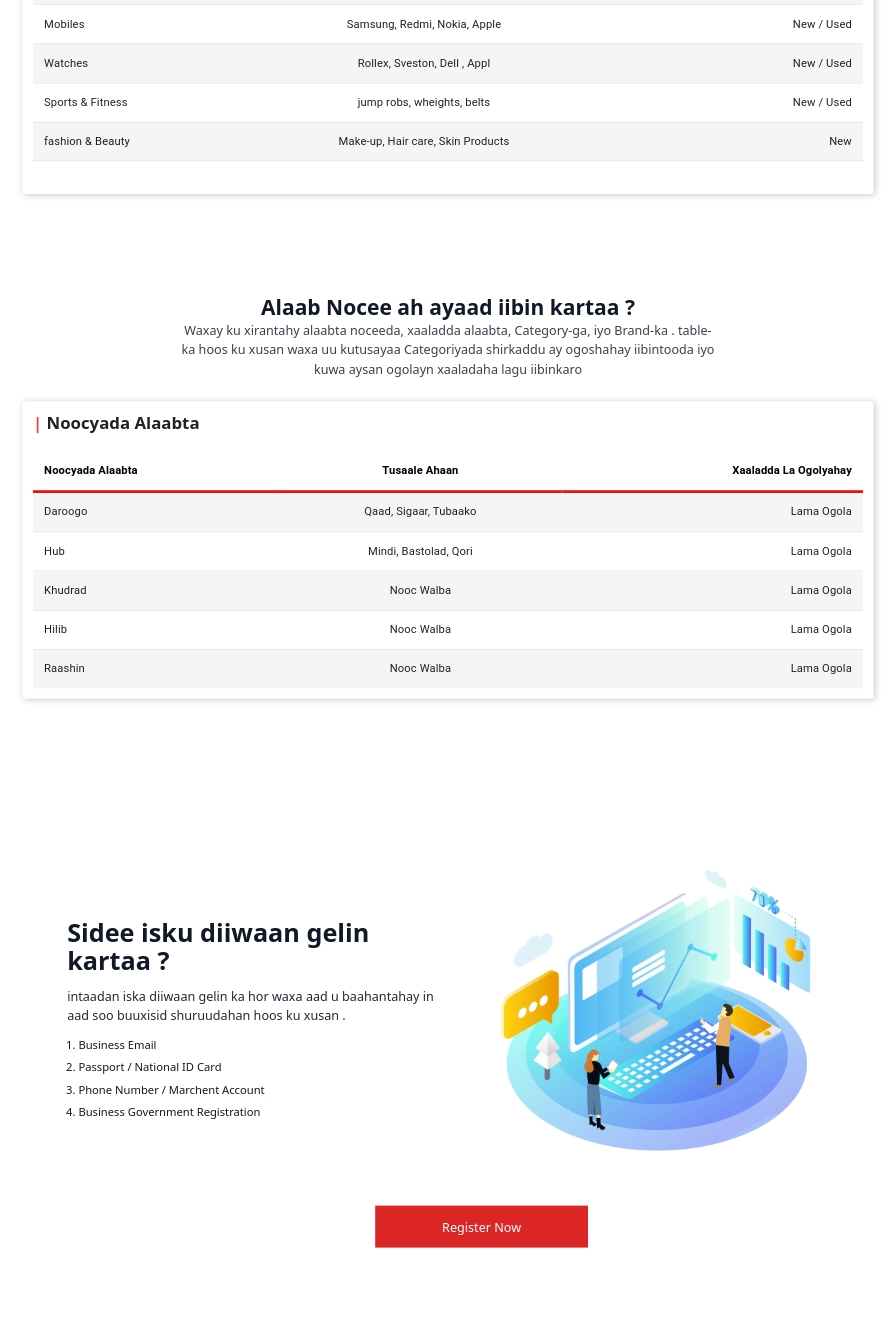
Repository: muraadso/Muraadso-Sellers
Page: /
These files come from the project's save history. The page is drawn as it stood at one moment and after the next save; the edit follows.
The browser window is 1280 px wide. The pictures show the part of the page from y = 2616 to 4536 px (the page is 7708 px tall before and 7731 px after), at 70% of full size.
The project was rebuilt for these pictures with package versions that can differ from the ones it lists, and the page was loaded fresh each time. The framework's server and built-in components were replaced by stand-ins that run in the browser. Also part of the build but not shown: next.config.js.

Above is the page before, as saved 2021-12-12 16:46:11.

After the next save:
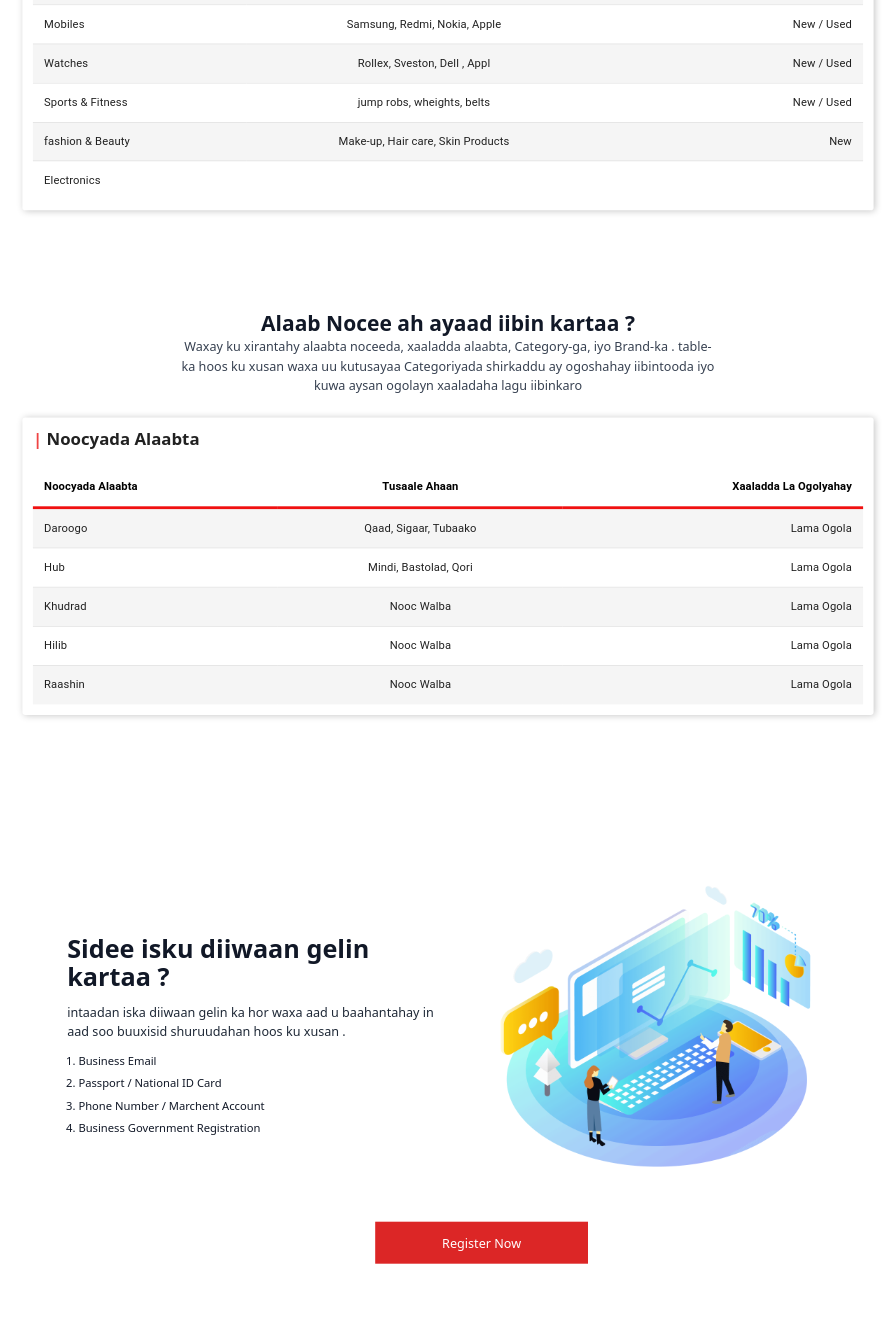
Saved 9 s later.
--- a/components/Whatsell.jsx
+++ b/components/Whatsell.jsx
@@ -49,7 +49,7 @@ const rows =[
   createData('Watches', 'Rollex, Sveston, Dell , Appl', 'New / Used'),
   createData('Sports & Fitness', 'jump robs, wheights, belts ', 'New / Used'),
   createData('fashion & Beauty', 'Make-up, Hair care, Skin Products', 'New'),
-  createData('')
+  createData('Electronics')
 ]
 const rows2 = [
   createData('Daroogo', "Qaad, Sigaar, Tubaako", 'Lama Ogola'),
